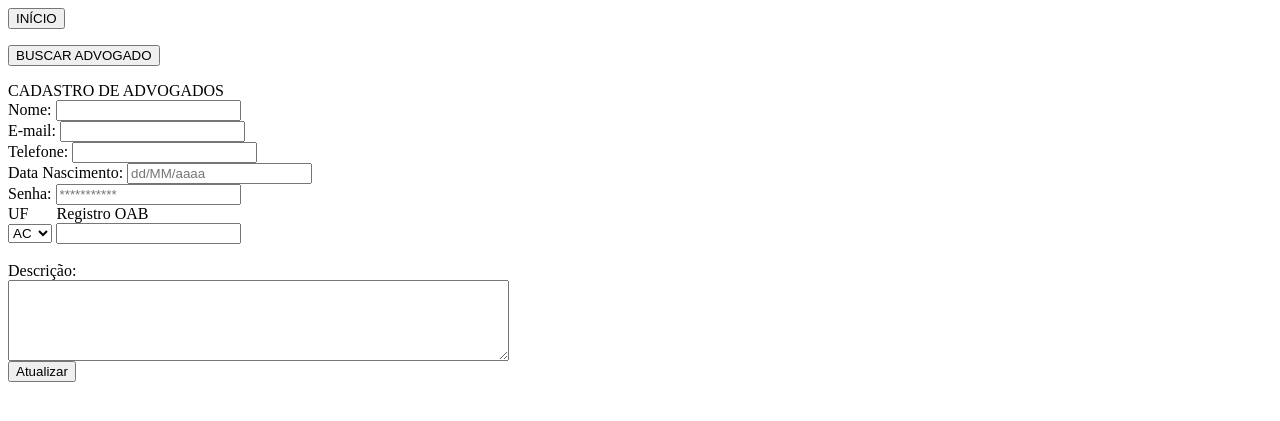
Repository: Natan16/CRUDJUSTTO
Page: http://localhost/CRUDJUSTTOWEB/edita-advogado.jsp
The author's editor kept a copy of each file at every save. The page is drawn from the files as they stood at one save, then again after the next save.
The browser window is 1280 px wide. The pictures show the whole page.
The page is served by Tomcat 9. Other server files are loaded and not shown.

Above is the page before, as saved 2019-09-01 00:25:21.

### CRUDJUSTTOWEB/WebContent/edita-advogado.jsp
<%@ page import="utils.Listagens,
				 java.util.List,
                  dao.*,
                  model.*" %>

<html>
     <body>

     	<form action="index.html" method="post">
			<input type="submit" value="INÍCIO" >
		</form>

		<form action="consulta-advogado.jsp" method="post">
			<input type="submit" value="BUSCAR ADVOGADO" >
		</form>
          CADASTRO DE ADVOGADOS <br />

      	<form action="editaAdvogado">


			 Nome: <input type="text" name="nome" value="${param.nome}"  required/><br />
         	 E-mail: <input type="text" name="email" value="${param.email}" required/><br />
             Telefone: <input type="text" name="telefone" value="${param.telefone}"/><br />
             Data Nascimento: <input type="text" name="dataNascimento" placeholder="dd/MM/aaaa"/><br />
             Senha: <input type="password" name="senha" placeholder="***********" required/><br />



                          UF &nbsp;&emsp; Registro OAB <br />
             <select name="ufOAB">
             	<%
             	List<String> ufs = Listagens.getUfs();
			 	for (String uf : ufs ) {
                %>
                	<option value=<%=uf %>><%=uf%></option>
                <%
                }
                %>
  			 </select>
  			 <input type="text" name="registroOAB" /><br />
  			 <br />

             Descrição: <br />
             <textarea rows = "5" cols = "60" name = "desc"></textarea><br>
             <input   type="submit" value="Atualizar" />
         </form>

     </body>
 </html>

### CRUDJUSTTOWEB/src/utils/Listagens.java
package utils;

import java.util.ArrayList;
import java.util.List;


public class Listagens {
	private static List<String> ufs = new ArrayList<>(
			  List.of("AC","AL","AM","AP","BA","CE","DF","ES","GO","MA","MG","MS","MT","PA","PB","PE","PI",
			"PR","RJ","RN","RO","RR","RS","SC","SE","SP","TO"));

	public static List<String> getUfs() {
		return ufs;
	}

	private static List<Character> tiposDeRegistro = new ArrayList<>(
			  List.of('A', 'B' , 'E' , 'N' , 'P' , 'D'));

	public static List<Character> getTiposDeRegistro() {
		return tiposDeRegistro;
	}

}

After the next save:
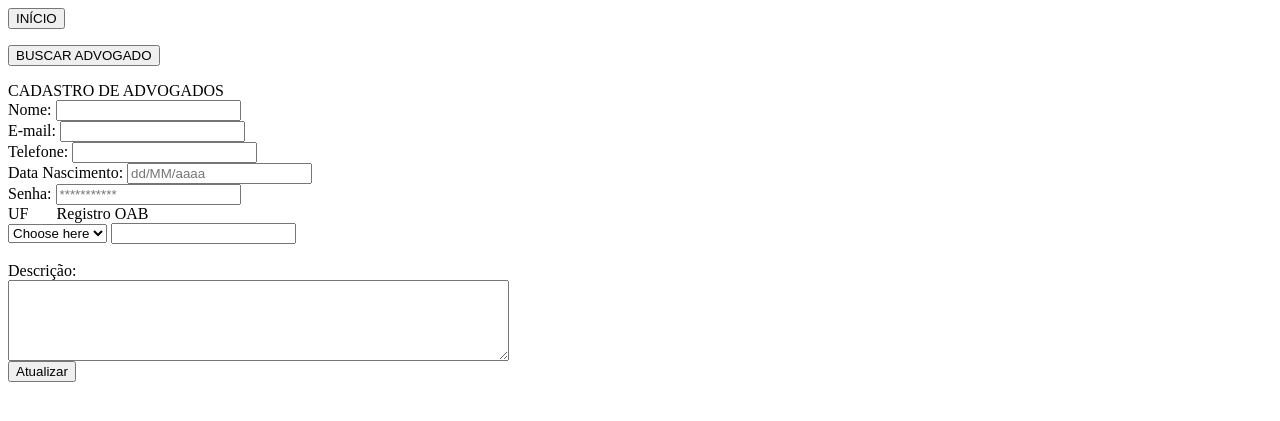
Saved 2 min 22 s later.
--- a/CRUDJUSTTOWEB/WebContent/edita-advogado.jsp
+++ b/CRUDJUSTTOWEB/WebContent/edita-advogado.jsp
@@ -28,6 +28,7 @@
 
                           UF &nbsp;&emsp; Registro OAB <br />
              <select name="ufOAB">
+             	<option value="" selected disabled hidden>Choose here</option>
              	<%
              	List<String> ufs = Listagens.getUfs();
 			 	for (String uf : ufs ) {
